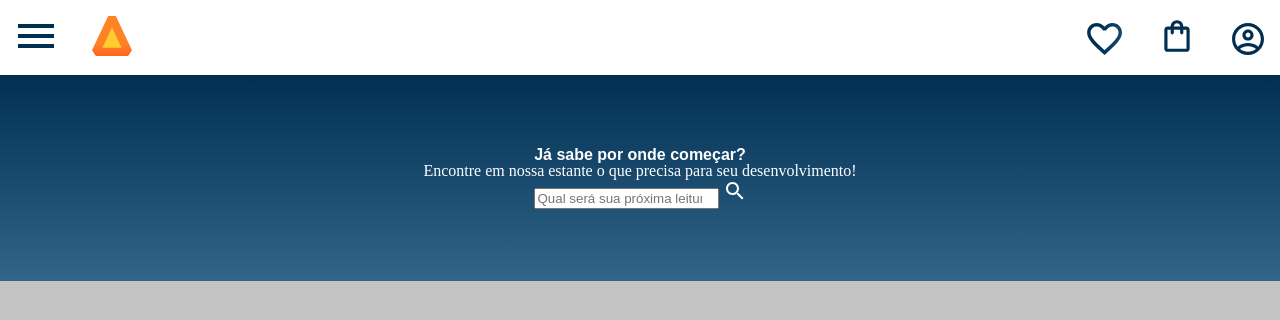
Repository: DamnDTX/projeto-mobile
Page: index.html
The author's editor kept a copy of each file at every save. The page is drawn from the files as they stood at one save, then again after the next save.
The browser window is 1280 px wide. The pictures show the whole page.

Above is the page before, as saved 2023-07-28 09:32:35.

After the next save:
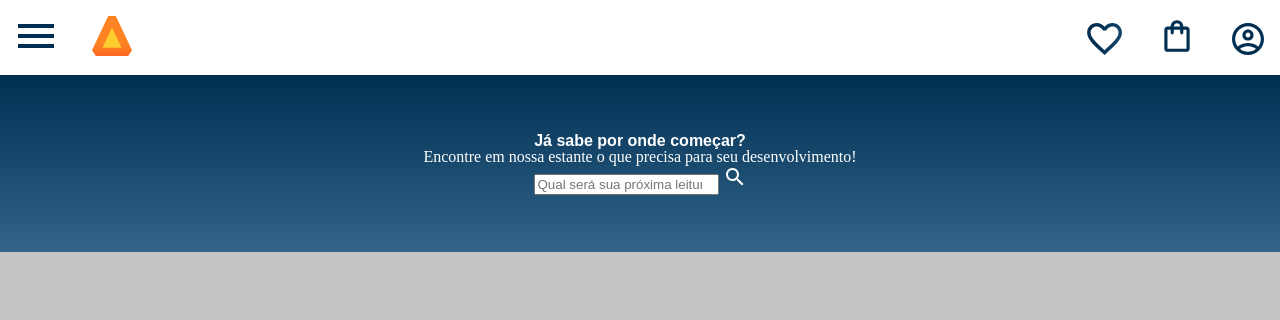
Saved 6 s later.
--- a/styles/banner.css
+++ b/styles/banner.css
@@ -12,7 +12,7 @@
     background:linear-gradient(#002F52, #326589) ;
     color: var(--cor-fonte-banner);
     text-align: center;
-    padding: 10vh;
+    padding: 8vh;
 }
 
 .banner__titulo{
